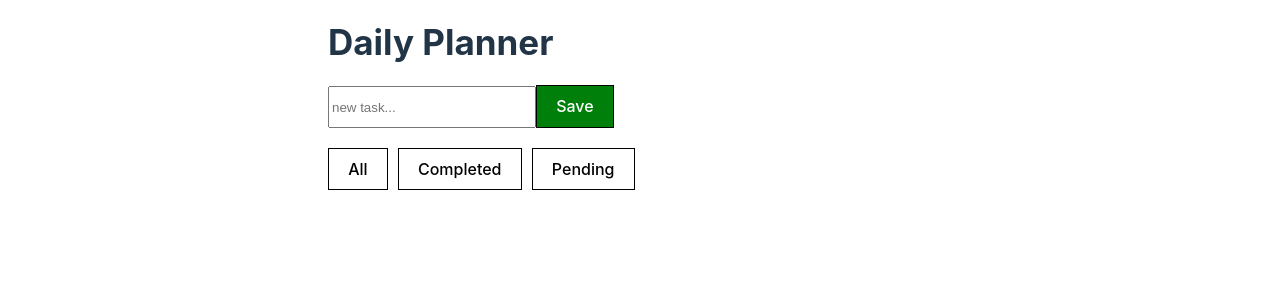
Repository: leslie179/lab4
Page: / (app in lab4/)
These files come from the project's save history. The page is drawn as it stood at one moment and after the next save; the edit follows.
The browser window is 1280 px wide. The pictures show the whole page.
The project was rebuilt for these pictures with package versions that can differ from the ones it lists, and the page was loaded fresh each time. Also part of the build but not shown: lab4/vite.config.js, lab4/src/components/Task.jsx.

Above is the page before, as saved 2024-10-27 18:37:48.

After the next save:
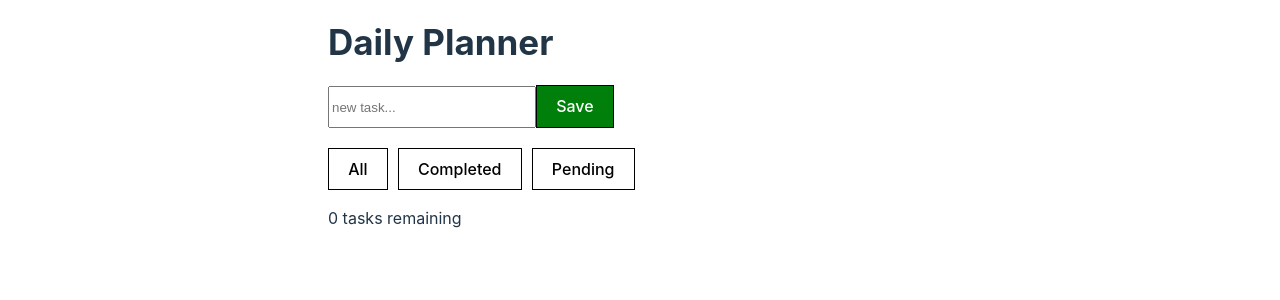
Saved 81 s later.
--- a/lab4/src/App.jsx
+++ b/lab4/src/App.jsx
@@ -7,34 +7,36 @@ import TaskForm from './components/TaskForm'
 function App() {
   const [tasks, setTasks] = useState([])
   const [filter, setFilter] = useState("All")
+
+  const remainingTasks = tasks.filter(task => !task.completed).length;
+
   return (
     <div>
       <h1>Daily Planner</h1>
-      <TaskForm setTasks={setTasks}/>
+      <TaskForm setTasks={setTasks} />
+
       <button className="filter-button" onClick={() => setFilter("All")}>All</button>
       <button className="filter-button" onClick={() => setFilter("Completed")}>Completed</button>
       <button className="filter-button" onClick={() => setFilter("Pending")}>Pending</button>
+
+      <p>{remainingTasks} task{remainingTasks !== 1 ? 's' : ''} remaining</p>
+
       <ul>
         {tasks && tasks.filter((task) => {
           if (filter === "All") {
-            return true
+            return true;
           } else if (filter === "Completed") {
-            return task.completed
+            return task.completed;
           } else if (filter === "Pending") {
-            return !task.completed
+            return !task.completed;
           }
-
-
-      <p>{remainingTasks} task{remainingTasks !== 1 ? 's' : ''} remaining</p>
-
-          return true // not really necessary
+          return true;
         }).map((task, i) => {
-          return <Task task={task} setTasks={setTasks} index={i} />
+          return <Task key={i} task={task} setTasks={setTasks} index={i} />
         })}
       </ul>
-
     </div>
   )
 }
 
-export default App
+export default App;
